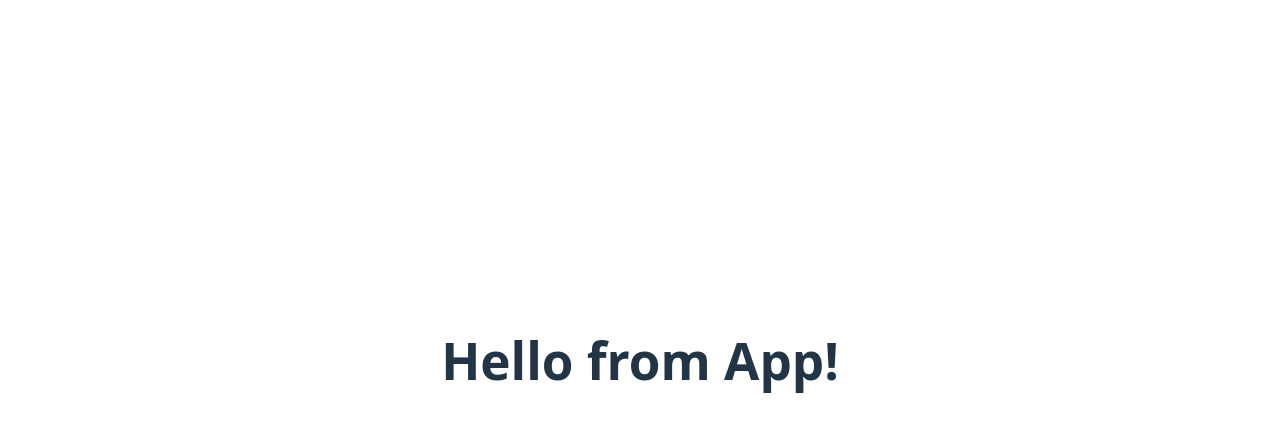
Repository: aurelien-genois/zombieland-front
Page: /
The author's editor kept a copy of each file at every save. The page is drawn from the files as they stood at one save, then again after the next save.
The browser window is 1280 px wide. The pictures show the whole page.
The project was rebuilt for these pictures with package versions that can differ from the ones it lists, and the page was loaded fresh each time. Also part of the build but not shown: vite.config.ts.

Above is the page before, as saved 2025-09-13 02:40:52.

### src/components/App/App.tsx

import './App.css'

function App() {


  return (
    <div className="App">
      <h1>Hello from App!</h1>
    </div>
  )
}

export default App

Loaded but not shown: index.html (common file); src/main.tsx (common file); src/index.css (common file); src/components/App/App.css (common file)

After the next save:
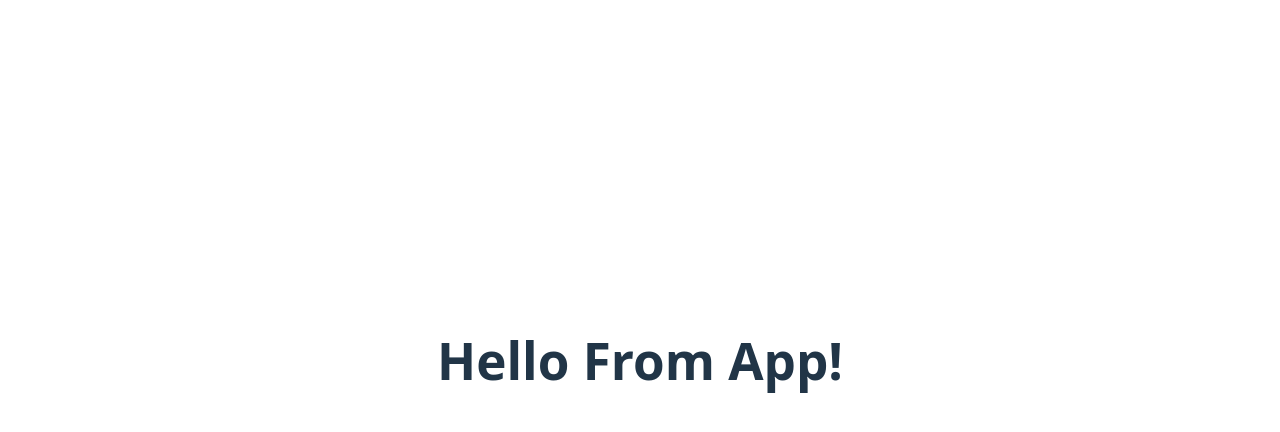
Saved 4 s later.
--- a/src/components/App/App.tsx
+++ b/src/components/App/App.tsx
@@ -6,7 +6,7 @@ function App() {
 
   return (
     <div className="App">
-      <h1>Hello from App!</h1>
+      <h1>Hello From App!</h1>
     </div>
   )
 }
